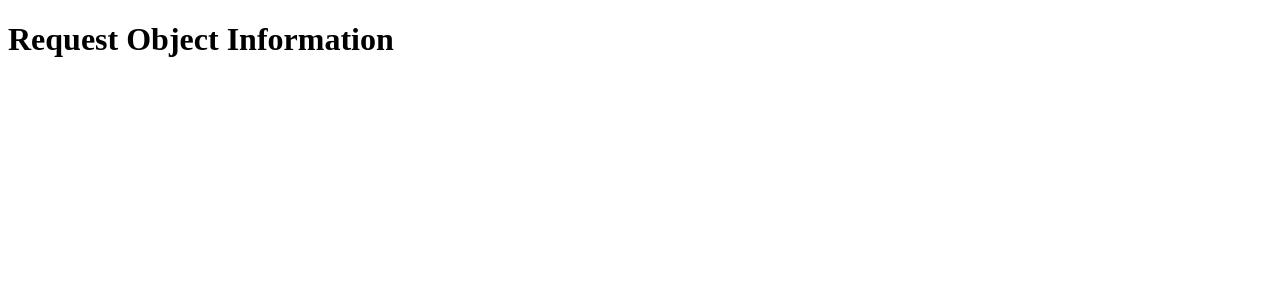
Repository: ZawMinKhantOrLeon/JavaEEWS
Page: http://localhost/jsp_servlet/request.jsp
The author's editor kept a copy of each file at every save. The page is drawn from the files as they stood at one save, then again after the next save.
The browser window is 1280 px wide. The pictures show the whole page.
The page is served by Tomcat 10.

Above is the page before, as saved 2024-02-14 10:08:46.

After the next save:
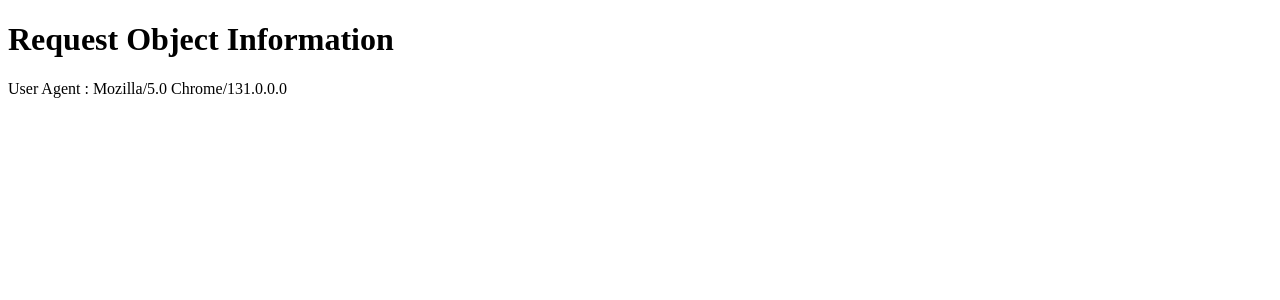
Saved 40 s later.
--- a/jsp_servlet/src/main/webapp/request.jsp
+++ b/jsp_servlet/src/main/webapp/request.jsp
@@ -8,5 +8,6 @@
 </head>
 <body>
 	<h1> Request Object Information </h1>
+	<p>User Agent : <%= request.getHeader("User-Agent") %> </p>
 </body>
 </html>
